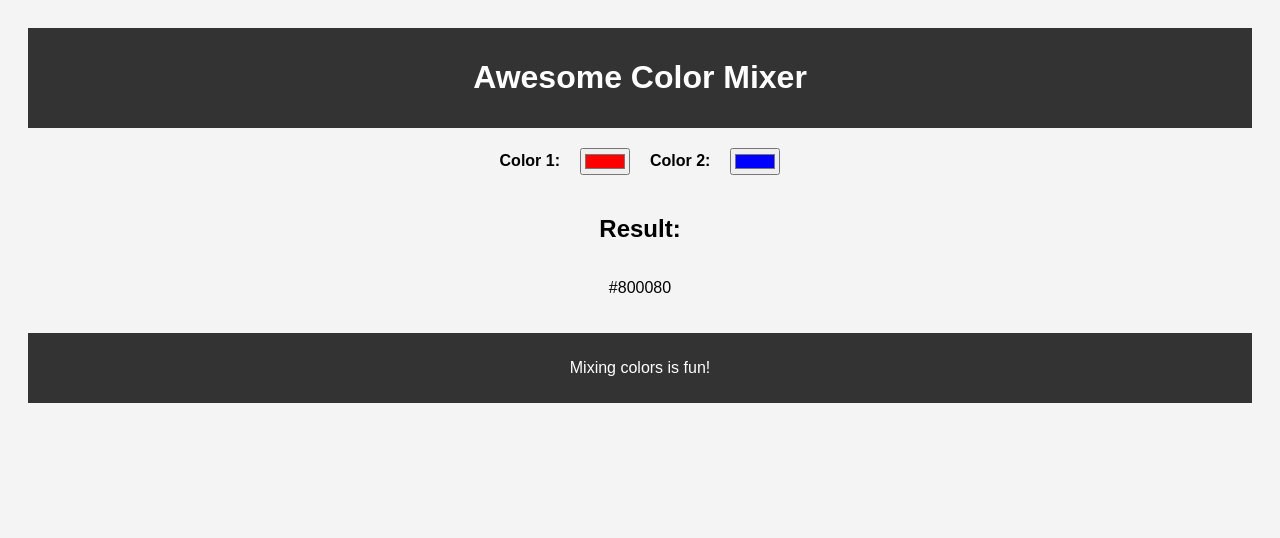
Repository: harleywolfley/wdd130
Page: spring25/itm101/0302/index.html
An editor plug-in stored every save of this project. The page is shown before and after the next save, followed by the edit.
The browser window is 1280 px wide. The pictures show the whole page.

Above is the page before, as saved 2025-05-07 18:13:30.
Console error: TypeError: document.getElementByClass is not a function

After the next save:
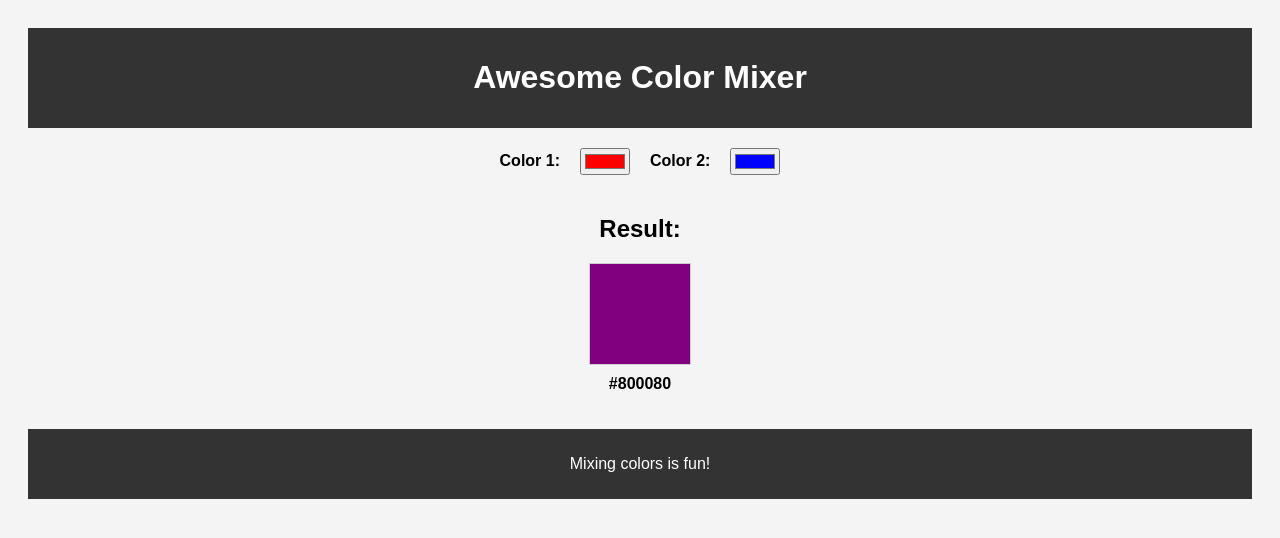
Saved 23 s later.
--- a/spring25/itm101/0302/index.html
+++ b/spring25/itm101/0302/index.html
@@ -5,25 +5,25 @@
   <link rel="stylesheet" href="style.css">
   </head>
 <body>
-  <header id="pageHeader">
+  <header class="pageHeader">
     <h1>Awesome Color Mixer</h1>
   </header>
 
   <div class="color-inputs">
     <label for="color1">Color 1:</label>
-    <input type="color" id="color1" value="#ff0000">
+    <input type="color" class="color1" value="#ff0000">
 
     <label for="color2">Color 2:</label>
-    <input type="color" id="color2" value="#0000ff">
+    <input type="color" class="color2" value="#0000ff">
   </div>
 
   <div class="result">
     <h2>Result:</h2>
-    <div id="mixedColor" style="background-color: purple;"></div>
-    <p id="hexCode">#800080</p>
+    <div class="mixedColor" style="background-color: purple;"></div>
+    <p class="hexCode">#800080</p>
   </div>
 
-  <footer id="pageFooter">
+  <footer class="pageFooter">
     <p>Mixing colors is fun!</p>
   </footer>
 
